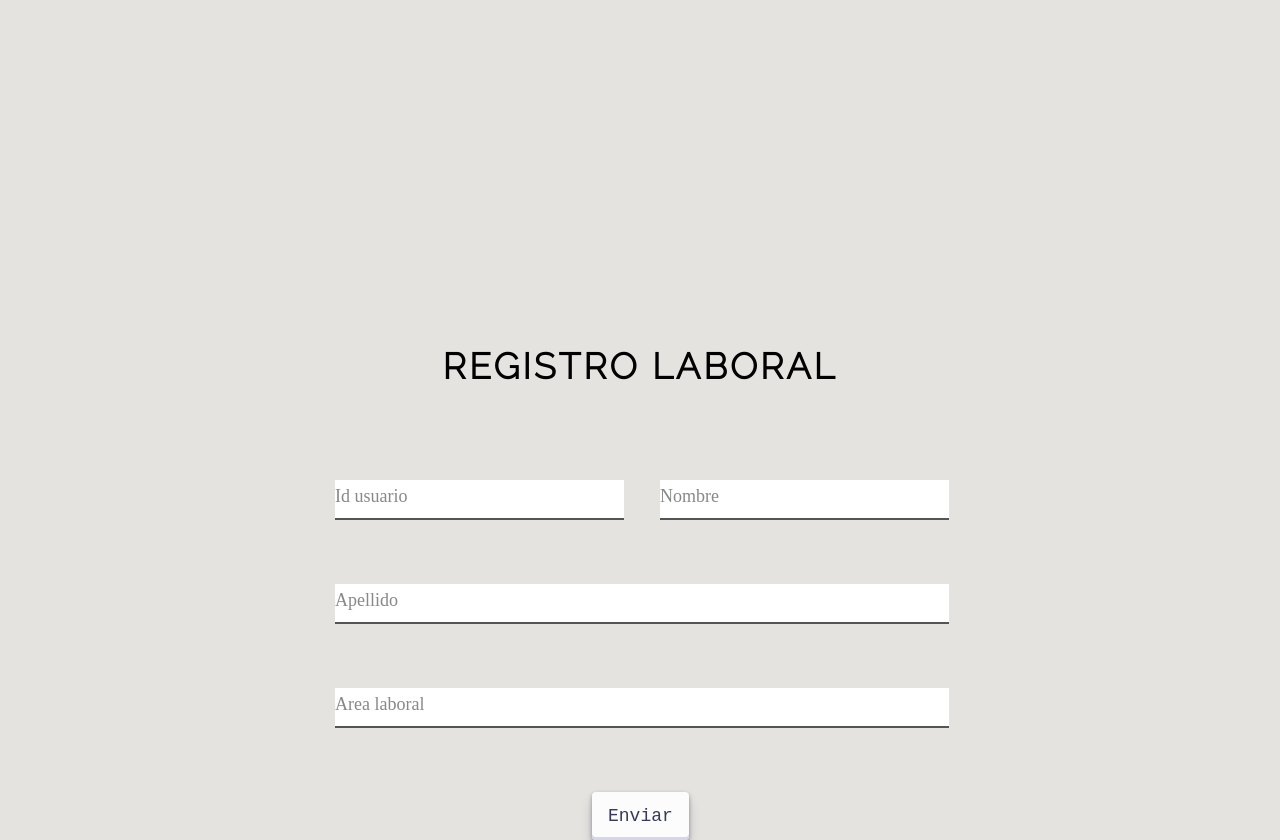
Repository: Alejandr0Aceved0/AWS_SERVICES_AND_INSTANCES
Page: register.html
An editor plug-in stored every save of this project. The page is shown before and after the next save, followed by the edit.
The browser window is 1280 px wide. The pictures show the whole page.
Some web fonts or font styles are not loaded; a fallback is used.

Above is the page before, as saved 2024-10-17 16:44:27.

After the next save:
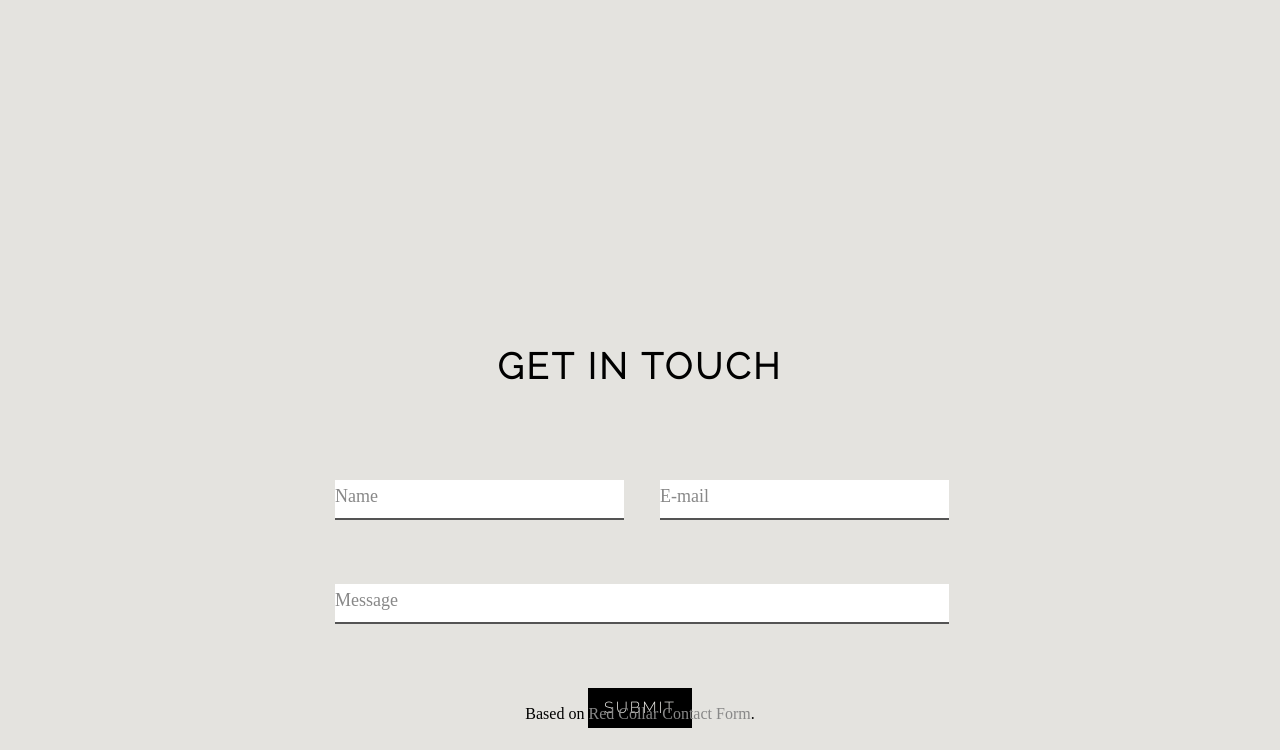
Saved 34 s later.
--- a/register.html
+++ b/register.html
@@ -13,31 +13,26 @@
 <body>
 
     <section class="get-in-touch">
-        <h1 class="title">Registro Laboral</h1>
+        <h1 class="title">Get in touch</h1>
         <form class="contact-form row">
            <div class="form-field col x-50">
               <input id="name" class="input-text js-input" type="text" required>
-              <label class="label" for="name">Id usuario</label>
+              <label class="label" for="name">Name</label>
            </div>
            <div class="form-field col x-50">
               <input id="email" class="input-text js-input" type="email" required>
-              <label class="label" for="email">Nombre</label>
+              <label class="label" for="email">E-mail</label>
            </div>
            <div class="form-field col x-100">
               <input id="message" class="input-text js-input" type="text" required>
-              <label class="label" for="message">Apellido</label>
+              <label class="label" for="message">Message</label>
            </div>
-
-           <div class="form-field col x-100">
-            <input id="message" class="input-text js-input" type="text" required>
-            <label class="label" for="message">Area laboral</label>
-           </div>
-
            <div class="form-field col x-100 align-center">
-            <button class="button-30" type="submit" role="button">Enviar</button>
+              <input class="submit-btn" type="submit" value="Submit">
            </div>
         </form>
      </section>
+     <p class="note">Based on <a class="link" href="http://redcollar.digital/contacts/" target="blank">Red Collar Contact Form</a>.</p>
 
 
 

After the save that followed:
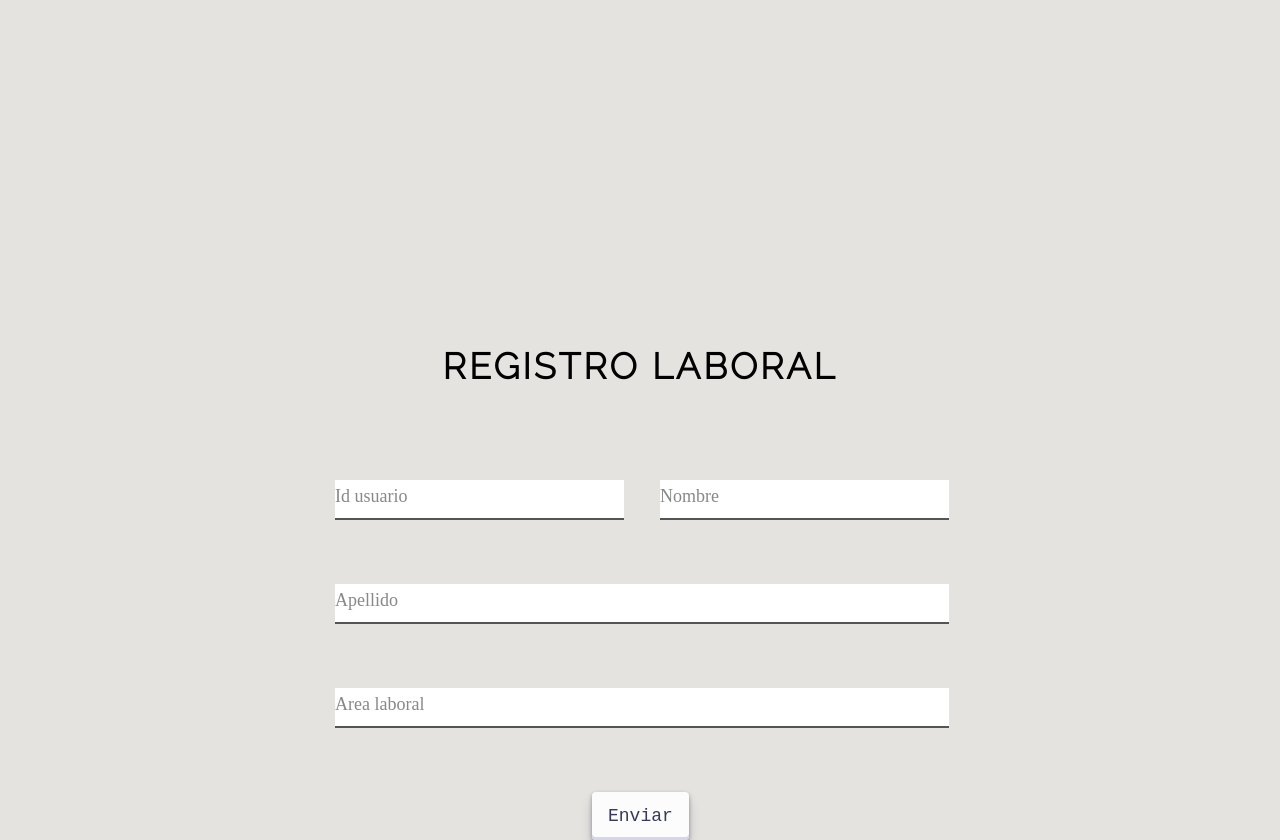
Saved 10 s later.
--- a/register.html
+++ b/register.html
@@ -13,26 +13,31 @@
 <body>
 
     <section class="get-in-touch">
-        <h1 class="title">Get in touch</h1>
+        <h1 class="title">Registro Laboral</h1>
         <form class="contact-form row">
            <div class="form-field col x-50">
               <input id="name" class="input-text js-input" type="text" required>
-              <label class="label" for="name">Name</label>
+              <label class="label" for="name">Id usuario</label>
            </div>
            <div class="form-field col x-50">
               <input id="email" class="input-text js-input" type="email" required>
-              <label class="label" for="email">E-mail</label>
+              <label class="label" for="email">Nombre</label>
            </div>
            <div class="form-field col x-100">
               <input id="message" class="input-text js-input" type="text" required>
-              <label class="label" for="message">Message</label>
+              <label class="label" for="message">Apellido</label>
            </div>
+
+           <div class="form-field col x-100">
+            <input id="message" class="input-text js-input" type="text" required>
+            <label class="label" for="message">Area laboral</label>
+           </div>
+
            <div class="form-field col x-100 align-center">
-              <input class="submit-btn" type="submit" value="Submit">
+            <button class="button-30" type="submit" role="button">Enviar</button>
            </div>
         </form>
      </section>
-     <p class="note">Based on <a class="link" href="http://redcollar.digital/contacts/" target="blank">Red Collar Contact Form</a>.</p>
 
 
 
